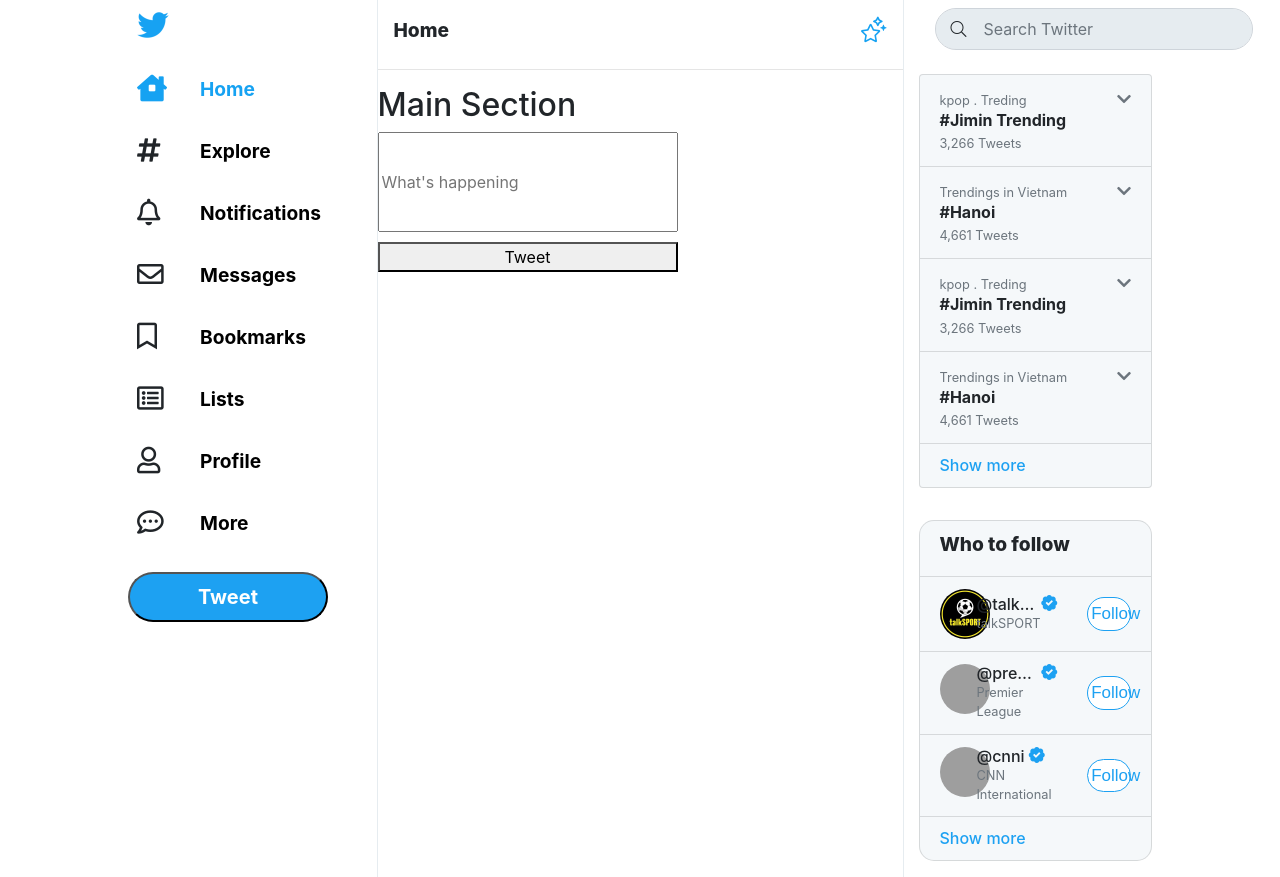
Repository: tts2610/Twitter-clone
Page: index.html
The author's editor kept a copy of each file at every save. The page is drawn from the files as they stood at one save, then again after the next save.
The browser window is 1280 px wide. The pictures show the whole page.
Pictures or frames that could not be fetched are drawn as grey boxes.

Above is the page before, as saved 2020-05-23 14:59:51.

After the next save:
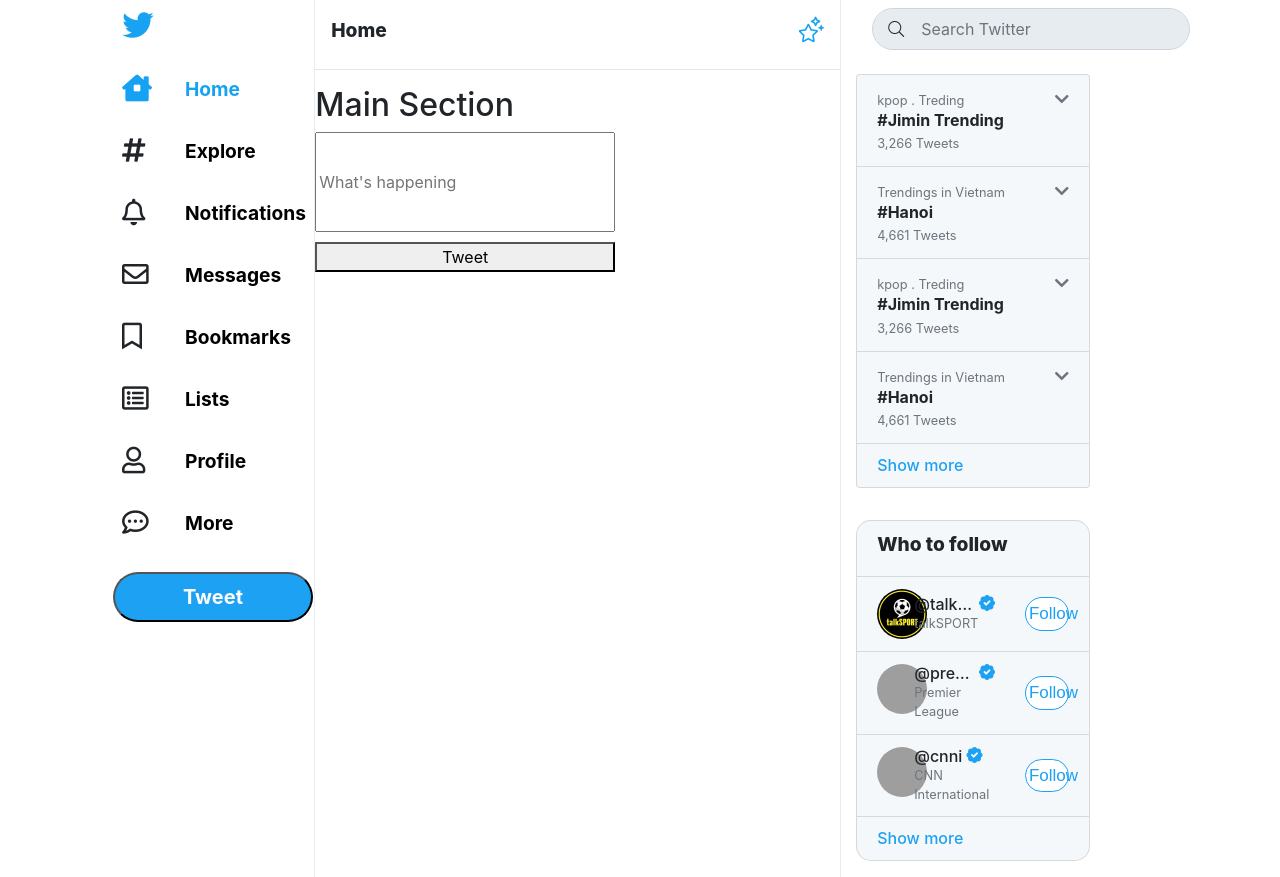
Saved 118 s later.
--- a/index.html
+++ b/index.html
@@ -27,7 +27,7 @@
 <body>
     <div class="container">
         <div class="row">
-            <div class="col-3">
+            <div class="col-3-sm">
                 <div class="row">
                     <div class="col"><img src="/img/twt-logo1.png" alt="twitter-logo" width="50" height="50"></div>
                 </div>
